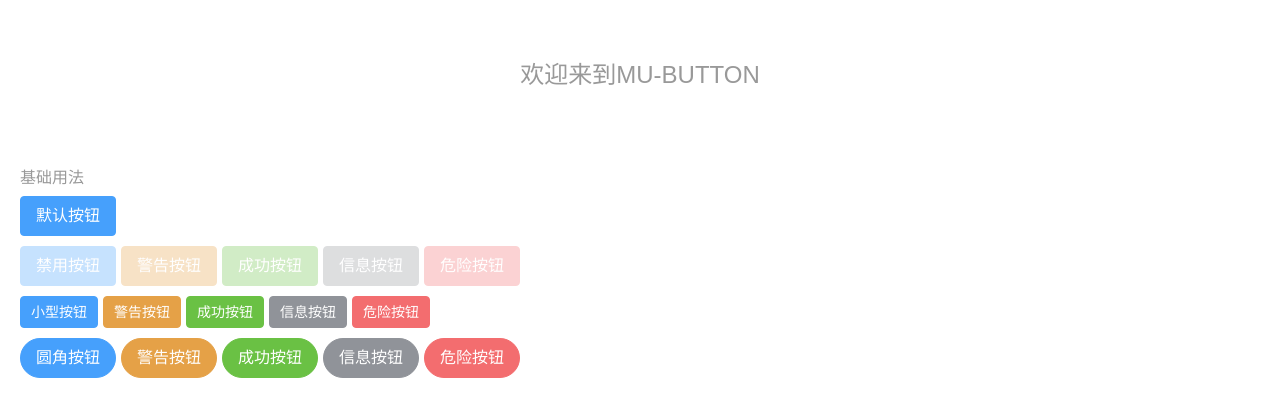
Repository: HuoXiaoYe/huoxiaoye_mumu
Page: /
An editor plug-in stored every save of this project. The page is shown before and after a run of saves, followed by the edit.
The browser window is 1280 px wide. The pictures show the whole page.
The project was rebuilt for these pictures with package versions that can differ from the ones it lists, and the page was loaded fresh each time.

Above is the page before, as saved 2020-07-04 18:48:24.

After the next 2 saves:
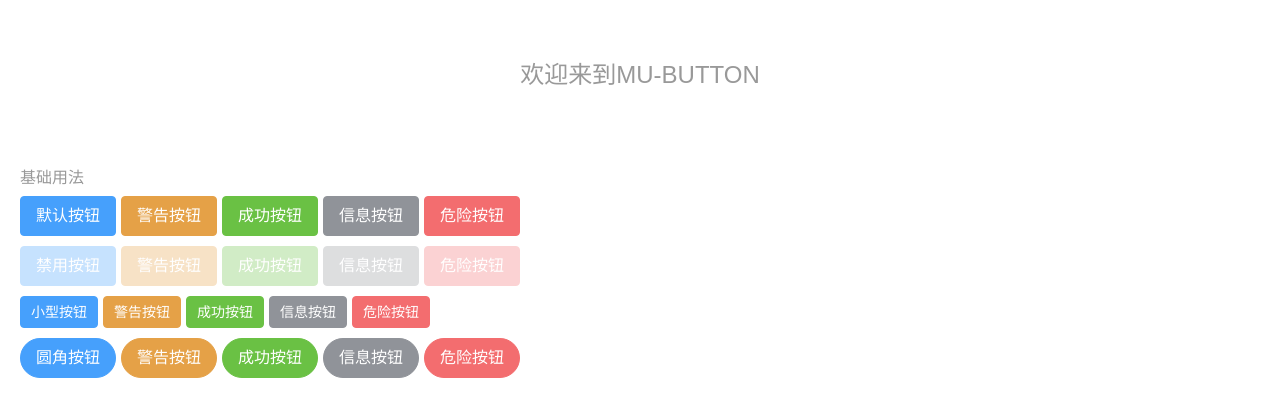
The 2 saves are shown as one change because they came seconds apart.
The last was saved 9 s later.
--- a/src/pages/buttonWrap/buttonWrap.tsx
+++ b/src/pages/buttonWrap/buttonWrap.tsx
@@ -17,6 +17,8 @@ const BUTTONDESC:string[] = ['基础用法','禁用按钮','小型按钮','圆
 const getNode:(item:Ibutton,n:number)=>React.ReactNode = (item,n)=> {
     switch(n){
         case 0:
+            return  <li key={item.type}><MUButton type={item.type}>{item.value}</MUButton></li>;
+        case 1:
             return  <li key={item.type}><MUButton type={item.type}>{item.value}</MUButton></li>;
     }
 
